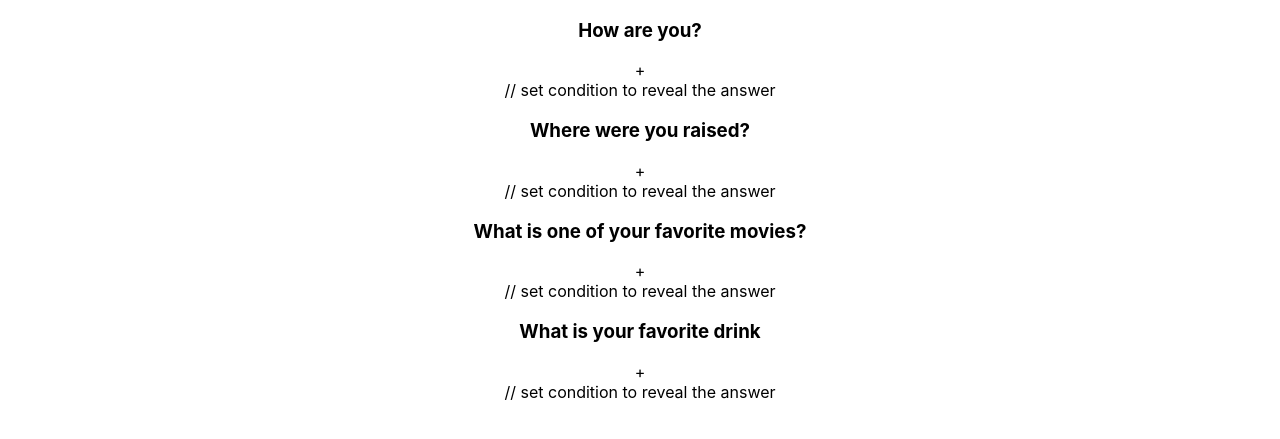
Repository: kosenijr/react-projects
Page: / (app in accordion/)
These files come from the project's save history. The page is drawn as it stood at one moment and after the next save; the edit follows.
The browser window is 1280 px wide. The pictures show the whole page.
The project was rebuilt for these pictures with package versions that can differ from the ones it lists, and the page was loaded fresh each time.

Above is the page before, as saved 2024-03-02 18:05:30.

### accordion/src/App.js
import React from "react";
import "./App.css";
import Accordion from "./components/Accordion";

function App() {
  return (
    <div className="App">
      <Accordion />
    </div>
  );
}

export default App;

### accordion/src/components/Accordion.js
import React, { useState } from "react";
import styles from "../styles/Accordion.css";
import data from "../data";

function Accordion() {
  // setting up useState
  const [selected, setSelected] = useState(null);
  // setting up handling
  const handleSingleSelection = (getCurrentId) => {
    setSelected(getCurrentId);
  };
  return (
    <div className="wrapper">
      {/* single selection accordion */}
      <div className="accordion">
        {data && data.length > 0 ? (
          data.map((dataItem) => (
            <div className="item" key={dataItem.id}>
              {" "}
              {/* always remember to add key */}
              <div
                className="title"
                onClick={() => handleSingleSelection(dataItem.id)}
              >
                <h3>{dataItem.question}</h3>
                <span>+</span>
              </div>
              // set condition to reveal the answer
              {selected === dataItem.id ? (
                <div className="content ">{dataItem.answer}</div>
              ) : null}
            </div>
          ))
        ) : (
          <div>No data found!</div>
        )}
      </div>
    </div>
  );
}

export default Accordion;

### accordion/src/styles/Accordion.css
.accordion {

}

### accordion/src/data.js
const data = [
  {
    id: 1,
    question: "How are you?",
    answer: "I am well!",
  },

  {
    id: 2,
    question: "Where were you raised?",
    answer: "I was raised in Queens.",
  },

  {
    id: 3,
    question: "What is one of your favorite movies?",
    answer: "Harlem Nights",
  },

  {
    id: 4,
    question: "What is your favorite drink",
    answer: "Water",
  },
];

export default data;

Loaded but not shown: accordion/public/index.html (common file); accordion/src/index.js (common file); accordion/src/index.css (common file); accordion/src/reportWebVitals.js (common file); accordion/src/App.css (common file)

After the next save:
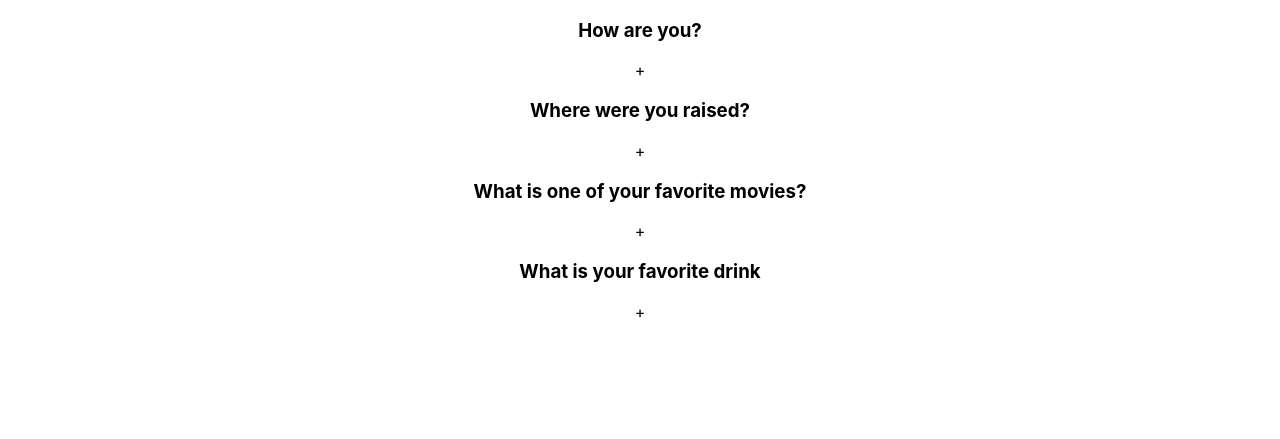
Saved 20 s later.
--- a/accordion/src/components/Accordion.js
+++ b/accordion/src/components/Accordion.js
@@ -25,7 +25,6 @@ function Accordion() {
                 <h3>{dataItem.question}</h3>
                 <span>+</span>
               </div>
-              // set condition to reveal the answer
               {selected === dataItem.id ? (
                 <div className="content ">{dataItem.answer}</div>
               ) : null}
